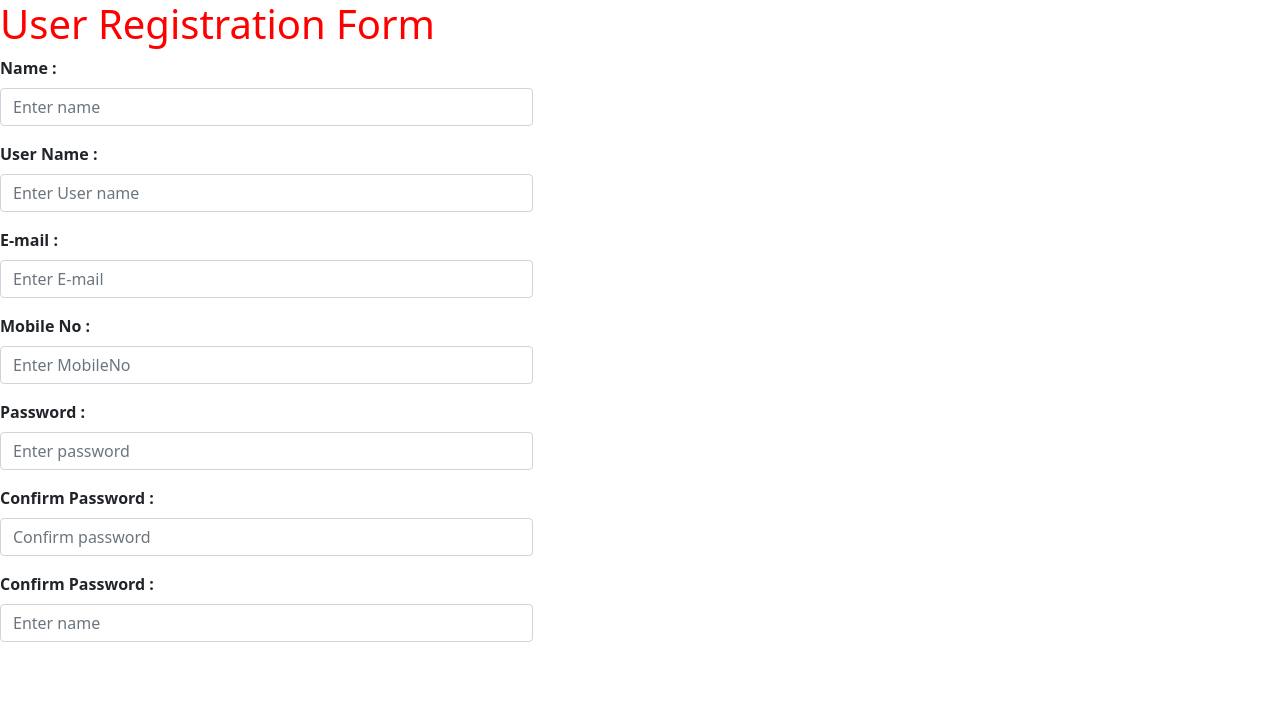
Repository: sntv1005/RegistrationForm
Page: http://localhost/register
An editor plug-in stored every save of this project. The page is shown before and after the next save, followed by the edit.
The browser window is 1280 px wide. The pictures show the whole page.
The page is this project's Thymeleaf template; nobody is signed in. The template is opened directly, without the code that normally fills it, so the values that code supplies are empty.

Above is the page before, as saved 2023-12-01 06:06:32.

### RegistrationForm/src/main/resources/templates/register.html
<!doctype html>
<html lang="en">
  <head>
    <meta charset="utf-8">
    <meta name="viewport" content="width=device-width, initial-scale=1">

    <link href="https://cdn.jsdelivr.net/npm/bootstrap@5.0.2/dist/css/bootstrap.min.css" rel="stylesheet" integrity="sha384-EVSTQN3/azprG1Anm3QDgpJLIm9Nao0Yz1ztcQTwFspd3yD65VohhpuuCOmLASjC" crossorigin="anonymous">

	 <script src="https://cdn.jsdelivr.net/npm/bootstrap@5.0.2/dist/js/bootstrap.bundle.min.js" integrity="sha384-MrcW6ZMFYlzcLA8Nl+NtUVF0sA7MsXsP1UyJoMp4YLEuNSfAP+JcXn/tWtIaxVXM" crossorigin="anonymous"></script>


    <title>Register Form </title>
  </head>
  <body>
	  <div class=""container>
		  <h1 style=" color: red"> User Registration Form </h1>

		  <form class="col-5">
			   <div class="mb-3" >
			       <label for="exampleFormControlInput1" class="form-label"><b>Name : </b></label>
			       <input type="name" class="form-control" id="exampleFormControlInput1" placeholder="Enter name">
		       </div>

		        <div class="mb-3" >
			       <label for="exampleFormControlInput1" class="form-label"><b>User Name : </b></label>
			       <input type="name" class="form-control" id="exampleFormControlInput1" placeholder="Enter User name">
		       </div>

		        <div class="mb-3" >
			       <label for="exampleFormControlInput1" class="form-label"><b>E-mail : </b></label>
			       <input type="email" class="form-control" id="exampleFormControlInput1" placeholder="Enter E-mail">
		       </div>

		        <div class="mb-3" >
			       <label for="exampleFormControlInput1" class="form-label"><b>Mobile No  : </b></label>
			       <input type="name" class="form-control" id="exampleFormControlInput1" placeholder="Enter MobileNo">
		       </div>

		        <div class="mb-3" >
			       <label for="exampleFormControlInput1" class="form-label"><b>Password : </b></label>
			       <input type="password" class="form-control" id="exampleFormControlInput1" placeholder="Enter password">
		       </div>

		        <div class="mb-3" >
			       <label for="exampleFormControlInput1" class="form-label"><b>Confirm Password : </b></label>
			       <input type="password" class="form-control" id="exampleFormControlInput1" placeholder="Confirm password">
		       </div>

		        <div class="mb-3" >
			       <label for="exampleFormControlInput1" class="form-label"><b>Confirm Password : </b></label>
			       <input type="" class="form-control" id="exampleFormControlInput1" placeholder="Enter name">
		       </div>
		  </form>


	  </div>

  </body>
</html>

After the next save:
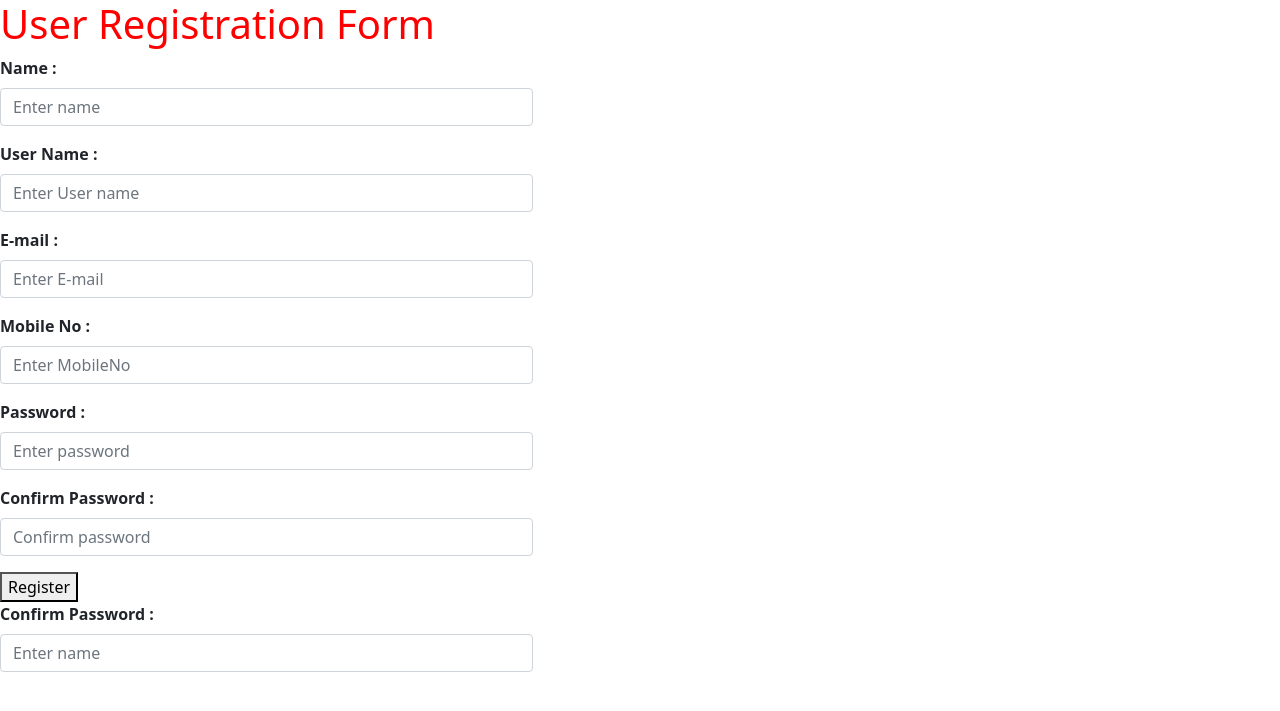
Saved 55 s later.
--- a/RegistrationForm/src/main/resources/templates/register.html
+++ b/RegistrationForm/src/main/resources/templates/register.html
@@ -46,6 +46,7 @@
 			       <input type="password" class="form-control" id="exampleFormControlInput1" placeholder="Confirm password">
 		       </div>
 
+		       <button> Register </button>
 		        <div class="mb-3" >
 			       <label for="exampleFormControlInput1" class="form-label"><b>Confirm Password : </b></label>
 			       <input type="" class="form-control" id="exampleFormControlInput1" placeholder="Enter name">
